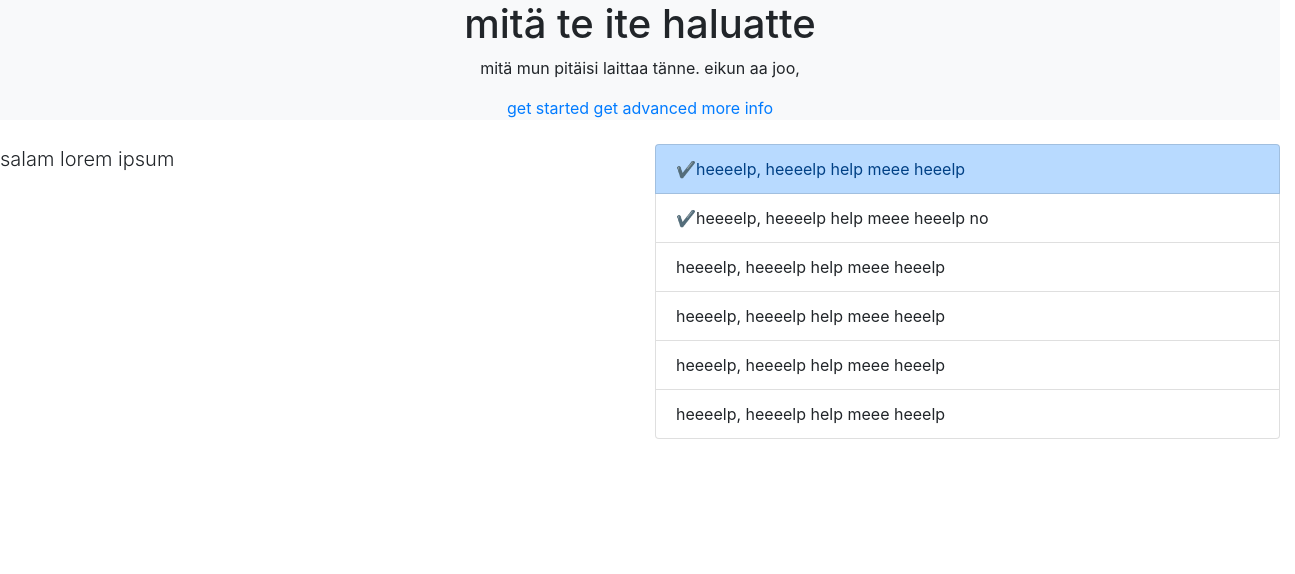
Repository: jessehapuli/jessehapuli.github.io
Page: Bootstrap/index.html
These files come from the project's save history. The page is drawn as it stood at one moment and after the next save; the edit follows.
The browser window is 1280 px wide. The page is 1295 px wide, so the pictures cover 1295 px, including what lies to the right of the window. The pictures show the whole page.

Above is the page before, as saved 2024-04-24 10:55:23.

After the next save:
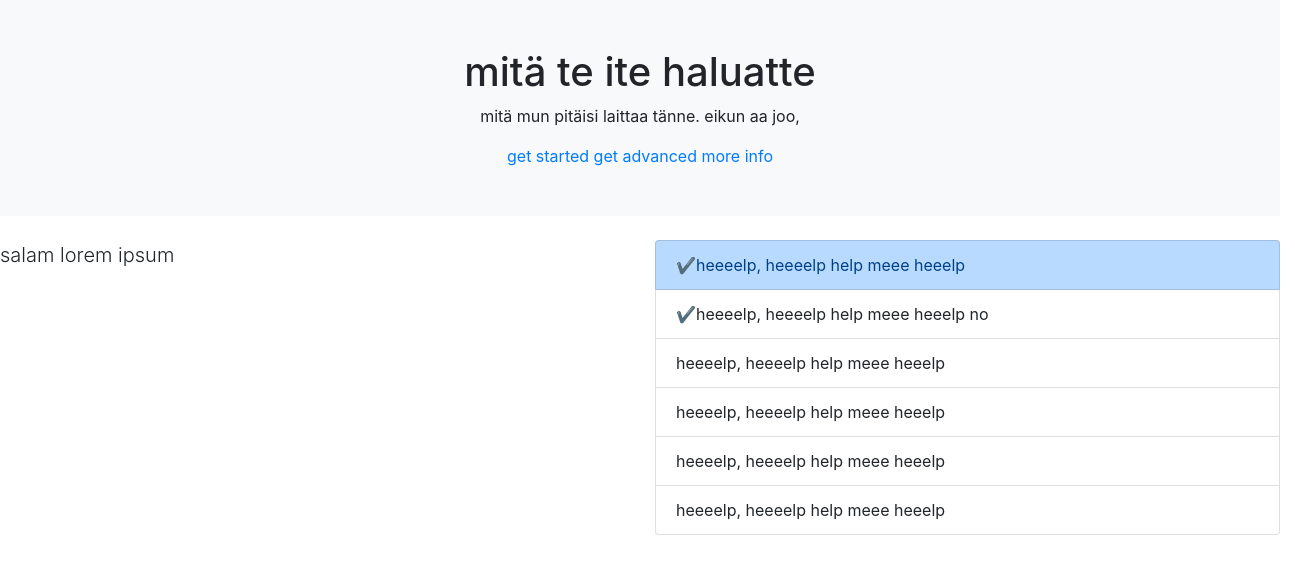
Saved 2 min 30 s later.
--- a/Bootstrap/index.html
+++ b/Bootstrap/index.html
@@ -13,8 +13,8 @@
   <body>
 
     <section class="container-fluid bg-light text-center">
-      <div class="rov">
-        <div class="offset-md-3 col-md-6">
+      <div class="rov d-flex justify-content-center">
+        <div class="col-md-6 my-5">
           <h1>mitä te ite haluatte</h1>
           <p>mitä mun pitäisi laittaa tänne. eikun aa joo, </p>
           <a href="">get started</a>
